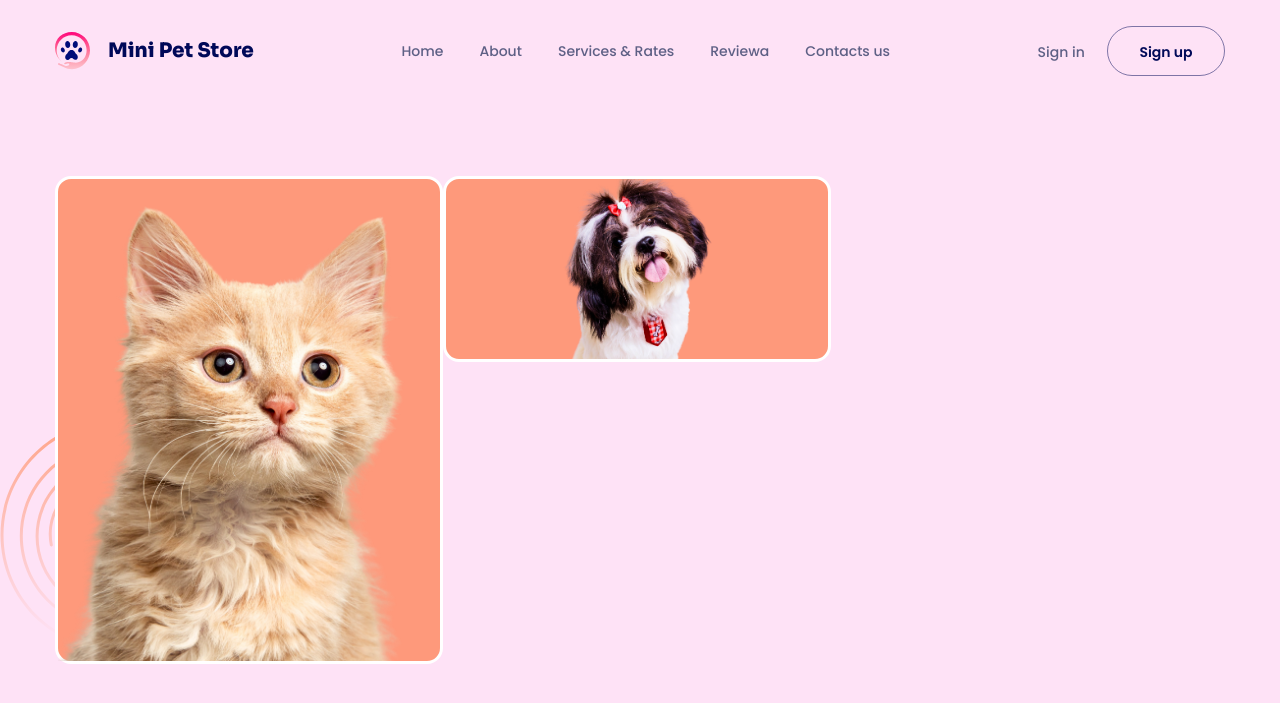
Repository: Tran-Dat/ASM-HTML5-F8-04
Page: index.html
These files come from the project's save history. The page is drawn as it stood at one moment and after the next save; the edit follows.
The browser window is 1280 px wide. The pictures show the whole page.

Above is the page before, as saved 2023-06-12 16:06:45.

### index.html
<!DOCTYPE html>
<html lang="en">
    <head>
        <meta charset="UTF-8" />
        <meta name="viewport" content="width=device-width, initial-scale=1.0" />
        <title>PS27621-TranTanDat-ASM</title>

        <!-- favicon -->
        <link
            rel="apple-touch-icon"
            sizes="57x57"
            href="./assets/favicon/apple-icon-57x57.png"
        />
        <link
            rel="apple-touch-icon"
            sizes="60x60"
            href="./assets/favicon/apple-icon-60x60.png"
        />
        <link
            rel="apple-touch-icon"
            sizes="72x72"
            href="./assets/favicon/apple-icon-72x72.png"
        />
        <link
            rel="apple-touch-icon"
            sizes="76x76"
            href="./assets/favicon/apple-icon-76x76.png"
        />
        <link
            rel="apple-touch-icon"
            sizes="114x114"
            href="./assets/favicon/apple-icon-114x114.png"
        />
        <link
            rel="apple-touch-icon"
            sizes="120x120"
            href="./assets/favicon/apple-icon-120x120.png"
        />
        <link
            rel="apple-touch-icon"
            sizes="144x144"
            href="./assets/favicon/apple-icon-144x144.png"
        />
        <link
            rel="apple-touch-icon"
            sizes="152x152"
            href="./assets/favicon/apple-icon-152x152.png"
        />
        <link
            rel="apple-touch-icon"
            sizes="180x180"
            href="./assets/favicon/apple-icon-180x180.png"
        />
        <link
            rel="icon"
            type="image/png"
            sizes="192x192"
            href="./assets/favicon/android-icon-192x192.png"
        />
        <link
            rel="icon"
            type="image/png"
            sizes="32x32"
            href="./assets/favicon/favicon-32x32.png"
        />
        <link
            rel="icon"
            type="image/png"
            sizes="96x96"
            href="./assets/favicon/favicon-96x96.png"
        />
        <link
            rel="icon"
            type="image/png"
            sizes="16x16"
            href="./assets/favicon/favicon-16x16.png"
        />
        <link rel="manifest" href="./assets/favicon/manifest.json" />
        <meta name="msapplication-TileColor" content="#ffffff" />
        <meta
            name="msapplication-TileImage"
            content="./assets/favicon/ms-icon-144x144.png"
        />
        <meta name="theme-color" content="#ffffff" />

        <!-- reset css -->
        <link rel="stylesheet" href="./assets/css/reset.css" />

        <!-- Font gg -->
        <link rel="preconnect" href="https://fonts.googleapis.com" />
        <link rel="preconnect" href="https://fonts.gstatic.com" crossorigin />
        <link
            href="https://fonts.googleapis.com/css2?family=Poppins:wght@300;400;500;600&family=Sora:wght@600;700;800&display=swap"
            rel="stylesheet"
        />

        <!-- styles css -->
        <link rel="stylesheet" href="./assets/css/styles.css" />
    </head>
    <body>
        <!-- Header -->
        <header class="header">
            <div class="container">
                <div class="header__inner">
                    <!-- Logo -->
                    <div class="header-logo">
                        <img src="./assets/img/logo.svg" alt="" class="logo" />
                        <h1 class="header-logo__title">
                            <a href="#!">Mini Pet Store</a>
                        </h1>
                    </div>

                    <!-- navbar -->
                    <nav class="navbar">
                        <ul class="navbar__list">
                            <li class="navbar__item">
                                <a href="#" class="navbar__link">Home</a>
                            </li>
                            <li class="navbar__item">
                                <a href="#" class="navbar__link">About</a>
                            </li>
                            <li class="navbar__item">
                                <a href="#" class="navbar__link"
                                    >Services & Rates</a
                                >
                            </li>
                            <li class="navbar__item">
                                <a href="#" class="navbar__link">Reviewa</a>
                            </li>
                            <li class="navbar__item">
                                <a href="#" class="navbar__link">Contacts us</a>
                            </li>
                        </ul>
                    </nav>

                    <!-- header action -->
                    <div class="header-action">
                        <a href="" class="header-action__link">Sign in</a>
                        <a href="" class="btn header-action__btn">Sign up</a>
                    </div>
                </div>
            </div>
        </header>

        <!-- Hero -->
        <section class="hero">
            <div class="container">
                <div class="hero__inner">
                    <!-- hero media -->
                    <div class="hero__media">
                        <!-- pet-01 -->
                        <div class="hero__img-wrap">
                            <img
                                src="./assets/img/pet-01.png"
                                alt=""
                                class="hero__img"
                            />

                            <!-- Decorators -->
                            <img
                                src="./assets/img/decor-01.svg"
                                alt=""
                                class="hero__decor hero__decor-left"
                            />
                            <img
                                src="./assets/img/decor-02.svg"
                                alt=""
                                class="hero__decor hero__decor-right"
                            />
                        </div>

                        <!-- Pet-02 -->
                        <div class="hero__img-wrap hero__img-wrap-small">
                            <img
                                src="./assets/img/pet-02.png"
                                alt=""
                                class="hero__img hero__img-small"
                            />
                        </div>
                    </div>

                    <!-- hero content -->
                    <section class="hero__content"></section>
                </div>
            </div>
        </section>
    </body>
</html>

### assets/css/styles.css
* {
    box-sizing: border-box;
}

html {
    font-size: 62.5%;
}

body {
    font-size: 1.6rem;
    font-family: "Poppins", sans-serif;
    background: #fee2f6;
}

/* ============================ common ============================ */

a {
    text-decoration: none;
}

h1,
h2,
h3,
h4,
h5,
h6 {
    font-family: "Sora", sans-serif;
}

input,
textarea,
select,
button {
    font-size: inherit;
    font-family: inherit;
}

.container {
    width: 1170px;
    max-width: calc(100% - 48px);
    margin: 0 auto;
}

.btn {
    --height: 56px;

    display: inline-block;
    min-width: 130px;
    height: var(--height);
    line-height: var(--height);
    border: 1px solid #00095880;
    border-radius: 99px;

    font-weight: 600;
    font-size: 1.4rem;

    text-align: center;
    color: #000958;
}

.btn:hover {
    opacity: 0.9;
}

/* =============== Header =============== */

.header {
    padding: 26px 0;
}

.header__inner {
    display: flex;
    align-items: center;
    justify-content: space-between;
}

.header-logo {
    display: flex;
    align-items: center;
}

.header-logo__title a {
    padding: 8px 18px;
    font-weight: 800;
    font-size: 20px;
    color: #000958;
}

.navbar__list {
    display: flex;
}

.navbar__link,
.header-action__link {
    padding: 8px 18px;
    font-weight: 500;
    font-size: 1.4rem;
    line-height: 1;
    color: #5e6085;
}

.navbar__link:hover {
    color: #000958;
    text-shadow: 1px 0 0 currentColor;
}

.header-action__btn {
    --height: 50px;

    min-width: 118px;
}

/* =============== Hero =============== */
.hero {
    margin-top: 74px;
}

.hero__inner {
    display: flex;
    align-items: center;
    justify-content: space-between;
}

.hero__media {
    display: flex;
}

.hero__img-wrap {
    position: relative;
    display: flex;
    align-items: flex-end;
    justify-content: center;
    width: 388px;
    height: 488px;
    background: #fe997b;
    border-radius: 16px;
    border: 3px solid #fff;
}

.hero__img {
    max-width: 100%;
    max-height: 100%;
}

.hero__decor {
    z-index: -1;
    position: absolute;
}

.hero__decor-left {
    left: -58px;
    bottom: 10px;
}

.hero__decor-right {
    top: 16px;
    right: -43px;
}

.hero__img-wrap-small {
    height: 186px;
}

.hero__img-small {
}

Loaded but not shown: assets/css/reset.css (common file)

After the next save:
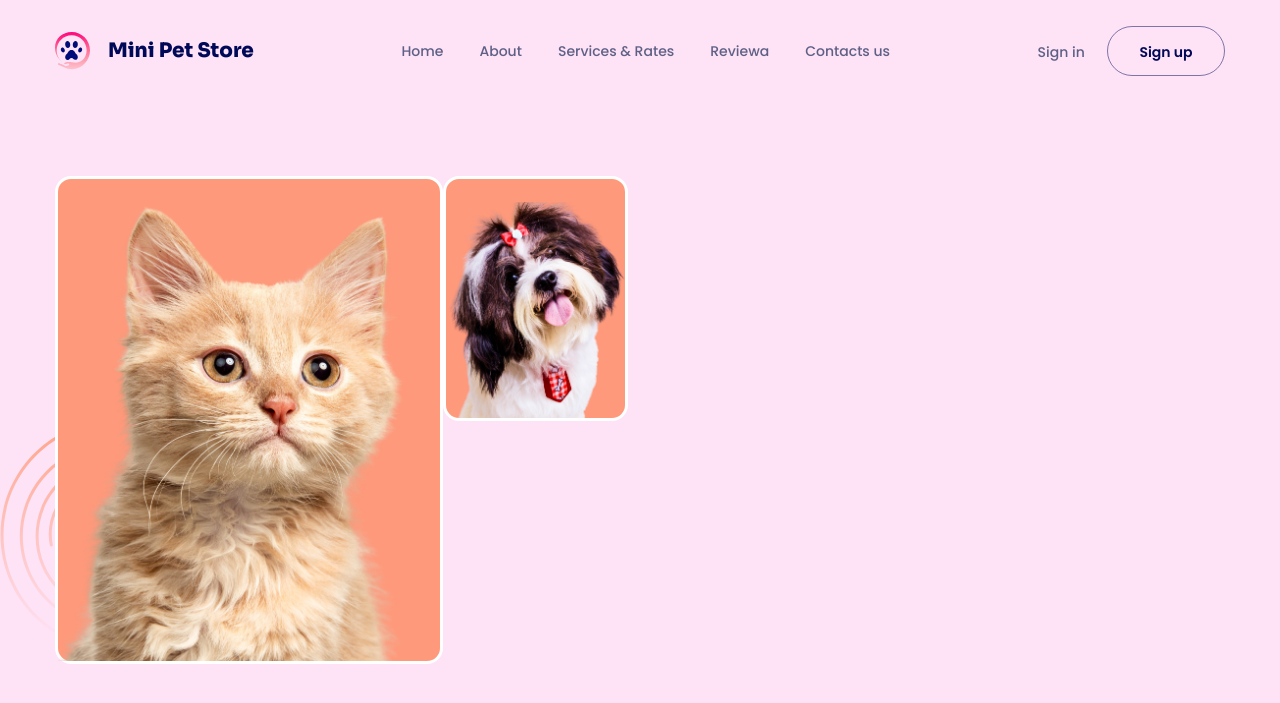
Saved 20 s later.
--- a/assets/css/styles.css
+++ b/assets/css/styles.css
@@ -158,7 +158,8 @@
 }
 
 .hero__img-wrap-small {
-    height: 186px;
+    width: 185px;
+    height: 245px;
 }
 
 .hero__img-small {
